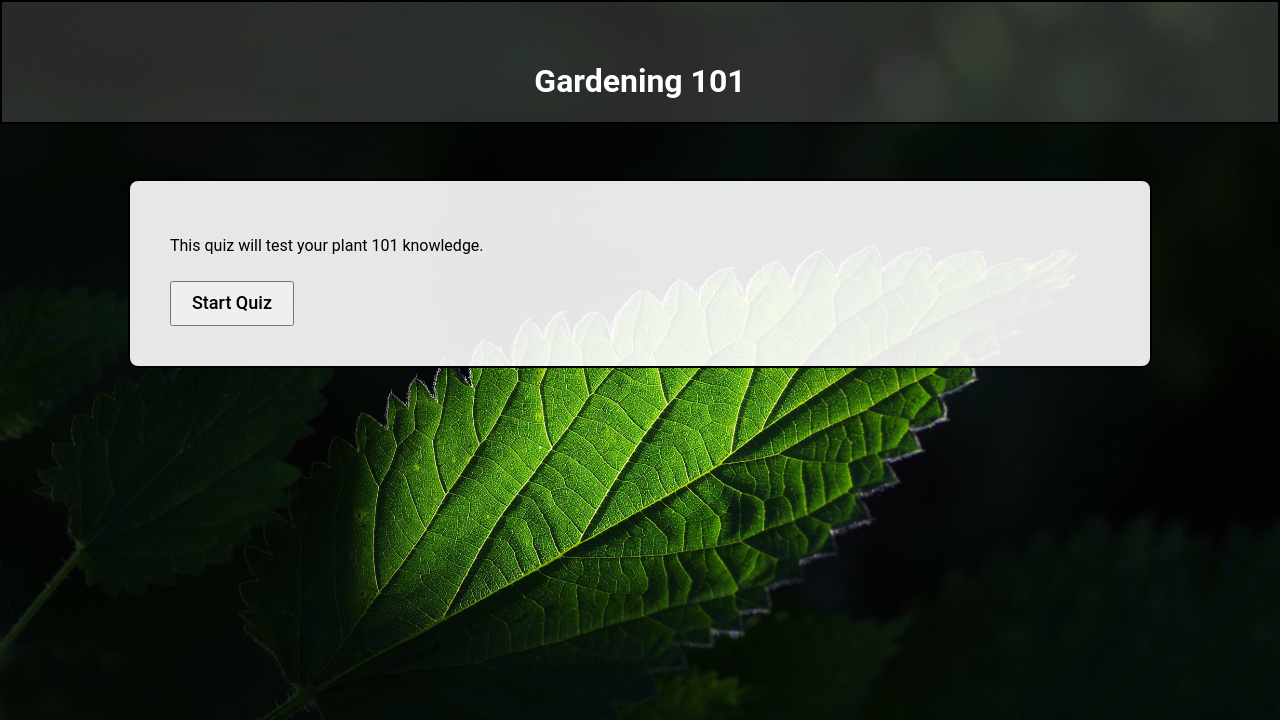
Repository: kaitlynMidori/gardening101
Page: index.html
The author's editor kept a copy of each file at every save. The page is drawn from the files as they stood at one save, then again after the next save.
The browser window is 1280 px wide. The pictures show the whole page.

Above is the page before, as saved 2021-06-10 13:41:54.

### index.html
<!DOCTYPE html>
<html lang="en">

<head>
    <meta charset="UTF-8">
    <meta name="viewport" content="width=device-width, initial-scale=1.0">
    <meta http-equiv="X-UA-Compatible" content="ie=edge">
    <title>Quiz App</title>
    <link href="https://cdnjs.cloudflare.com/ajax/libs/normalize/8.0.1/normalize.min.css" rel="stylesheet" type="text/css" />
    <link href="app.css" rel="stylesheet" type="text/css" />

</head>

<body>
    <header>
        <h1>Gardening 101</h1>
    </header>
    <main></main>
    <script src="https://code.jquery.com/jquery-3.4.1.slim.js" crossorigin="anonymous"></script>
    <script src="app.js"></script>
</body>

</html>

### app.css
/* Your styles should be mobile-first and responsive */


/**
  * If you are unclear on how to utilize a mobile-first, responsive technique to write your CSS, here is an example:
  *
  * https://github.com/andreacardybailey/responsive_example/blob/master/styles/responsive-base.css
  *
*/

* {
    box-sizing: border-box;
}


body {

    font-family: "Roboto", sans-serif;
    color: black;
    margin: 0;
    background: cover;
    background-image: url("screenshots/leaf.jpg");
    background-repeat: repeat;
    background-size: cover;
    background-color: black;
}

header {
    border: 2px solid black;
    background: rgba(255, 255, 255, 0.15);
    padding: 40px 0 0 0;
    color: white;
}

h1 {
    text-align: center;
}

.question-and-score {
    border: 2px solid black;
    background: rgba(255, 255, 255, 0.15);
    font-size: 30px;
    font-weight: 600px;
    color: white;
    text-align: center;
    list-style: none;
}

button{
    margin-top: 10px;
    height: auto;
    font-size: 18px;
    font-weight: 500;
    text-align: center;
    color: black;
    cursor: pointer;
    margin-bottom: 0;
    /* border-radius: 3px; */
    padding: 10px 20px;
}

.start-screen,
fieldset {
    border: 2px solid black;
    width: 80%;
    padding: 40px;
    margin: 55px auto 0 auto;
    background: rgba(255, 255, 255, 0.9);
    border-radius: 10px;
}

legend {
    font-weight: 700;
    font-size: 18px;
}

.question-form .question {
    margin-bottom: 20px;
    padding: 0 2%;
    font-size: 20px;
    font-weight: 600px;
}

.options ul {
    list-style: none;
    margin: 0;
    text-align: left;
}

label {
    font-size: 18px;
}

.options span {
    display: block;
    border-radius: 5px;
}

.right-answer {
    background: ivory;
    padding: 10px 20px;
    margin: 5px 20px;
    border: 2px solid greenyellow;
}

.wrong-answer {
    background: ivory;
    padding: 10px;
    margin: 5px 20px;
    border: 2px solid #fe0000;
}

.question-form button {
    border: 2px solid black;
    float: right;
}

button:hover:enabled,
button:focus:enabled {
    background-color: rgb(165, 241, 165);
    -webkit-transition: background 0.1s;
    -moz-transition: background 0.1s;
    -o-transition: background 0.1s;
    transition: background 0.1s;
}

button:disabled {
    opacity: 0.5;
}

#next-question-btn {
    display: none;
}

### app.js
/**
 * Example store structure
 */
// const store = {
// 5 or more questions are required
//     questions: [{
//             question: 'What color is broccoli?',
//             answers: [
//                 'red',
//                 'orange',
//                 'pink',
//                 'green'
//             ],
//             correctAnswer: 'green'
//         },
//         {
//             question: 'What is the current year?',
//             answers: [
//                 '1970',
//                 '2015',
//                 '2019',
//                 '2005'
//             ],
//             correctAnswer: '2019'
//         }
//     ],
//     quizStarted: false,
//     questionNumber: 0,
//     score: 0
// };

const STORE = {
    questions: [ //1
        {
            question: 'Which of the following is a health benefit from gardening?',
            answers: [
                'Reduces Stress & improves mood',
                'Reduces risk of dementia',
                'Improves heart health and reduces risk of stroke',
                'All of the above'
            ],
            correctAnswer: 'All of the above'
        },
        //2
        {
            question: 'Which of the following are indoor plants?',
            answers: [
                'Fiddle Leaf Fig',
                'Dragon Tree',
                'Rubber Plant',
                'All of the above'
            ],
            correctAnswer: 'All of the above'
        },
        //3
        {
            question: 'What are the most common ways to kill a plant?',
            answers: [
                'Overwatering',
                'Underwatering',
                'Incorrect sun exposure',
                'All of the above'
            ],
            correctAnswer: 'All of the above'
        },
        //4
        {
            question: 'What are some ways to keep your plants happy?',
            answers: ['Provide correct watering needs', 'Keep free of dust', 'Fertilize it', 'All of the above'],
            correctAnswer: 'All of the above'
        },
        //5
        {
            question: 'What are signs of an unhappy plant?',
            answers: [
                'Wilted leaves',
                'Yellowing/browning leaves',
                ' Bugs or fungal growth',
                'All of the above'
            ],
            correctAnswer: 'All of the above'
        }
    ],
    quizStarted: false,
    currentQuestion: 0,
    score: 0
};
/**
 *
 * Technical requirements:
 *
 * Your app should include a render() function, that regenerates the view each time the store is updated.
 * See your course material and access support for more details.
 *
 * NO additional HTML elements should be added to the index.html file.
 *
 * You may add attributes (classes, ids, etc) to the existing HTML elements, or link stylesheets or additional scripts if necessary
 *
 * SEE BELOW FOR THE CATEGORIES OF THE TYPES OF FUNCTIONS YOU WILL BE CREATING 👇
 *
 */

/********** TEMPLATE GENERATION FUNCTIONS **********/

// These functions return HTML templates

/********** RENDER FUNCTION(S) **********/

// This function conditionally replaces the contents of the <main> tag based on the state of the store

/********** EVENT HANDLER FUNCTIONS **********/

// These functions handle events (submit, click, etc)

/**
 * Generates HTML for the start screen
 */
function generateStartScreenHtml() {
    return `
    <div class="start-screen">
      <p>This quiz will test your plant 101 knowledge.</p>
      <button type="button" id="start">Start Quiz</button>
    </div>
  `;
}

/**
 * Generates the HTML for the section of the app
 * that displays the question number and the score
 */
function generateQuestionNumberAndScoreHtml() {
    return `
    <ul class="question-and-score">
      <li id="question-number">
        Question Number: ${STORE.currentQuestion + 1}/${STORE.questions.length}
      </li>
      <li id="score">
        Score: ${STORE.score}/${STORE.questions.length}
      </li>
    </ul>
  `;
}
/**
 * Generates the list of possible answers for
 * one question
 */
function generateAnswersHtml() {
    const answersArray = STORE.questions[STORE.currentQuestion].answers
    let answersHtml = '';
    let i = 0;

    answersArray.forEach(answer => {
        answersHtml += `
      <div id="option-container-${i}">
        <input type="radio" name="options" id="option${i + 1}" value= "${answer}" tabindex ="${i + 1}" required>
        <label for="option${i + 1}"> ${answer}</label>
      </div>
    `;
        i++;
    });
    return answersHtml;
}
/**
 * Generates the HTML to display one question
 */
function generateQuestionHtml() {
    let currentQuestion = STORE.questions[STORE.currentQuestion];
    return `
    <form id="question-form" class="question-form">
      <fieldset>
        <div class="question">
          <legend> ${currentQuestion.question}</legend>
        </div>
        <div class="options">
          <div class="answers">
            ${generateAnswersHtml()}
          </div>
        </div>
        <button type="submit" id="submit-answer-btn" tabindex="5">Submit</button>
        <button type="button" id="next-question-btn" tabindex="6"> Next &gt;></button>
      </fieldset>
    </form >
  `;
}

/**
 * Generates the HTML for the results screen
 */
function generateResultsScreen() {
    return `
    <div class="results">
      <form id="js-restart-quiz">
        <fieldset>
          <div class="row">
            <div class="col-12">
              <legend>Your Score is: ${STORE.score}/${STORE.questions.length}</legend>
            </div>
          </div>

          <div class="row">
            <div class="col-12">
              <button type="button" id="restart"> Restart Quiz </button>
            </div>
          </div>
        </fieldset>
    </form>
    </div>
  `;
}

/**
 * @param {string} answerStatus - 'correct' / 'incorrect'
 * @returns {string} - HTML providing the user with feedback
 * regarding whether their answer was correct or incorrect.
 */
function generateFeedbackHTML(answerStatus) {
    let correctAnswer = STORE.questions[STORE.currentQuestion].correctAnswer;
    let html = '';
    if (answerStatus === 'correct') {
        html = `
    <div class="right-answer">That is correct!</div>
    `;
    } else if (answerStatus === 'incorrect') {
        html = `
      <div class="wrong-answer">That is incorrect. The correct answer is ${correctAnswer}.</div>
    `;
    }
    return html;
}

/********** RENDER FUNCTION **********/

/**
 * All-purpose render function that will conditionally
 * render the page based upon the state of the STORE.
 */
function render() {
    let html = '';

    if (STORE.quizStarted === false) {
        $('main').html(generateStartScreenHtml());
        return;
    } else if (STORE.currentQuestion >= 0 && STORE.currentQuestion < STORE.questions.length) {
        html = generateQuestionNumberAndScoreHtml();
        html += generateQuestionHtml();
        $('main').html(html);
    } else {
        $('main').html(generateResultsScreen());
    }
}

/********** EVENT HANDLER FUNCTIONS **********/

/**
 * Handles a click of the quiz's start button
 */
function handleStartClick() {
    $('main').on('click', '#start', function(event) {
        STORE.quizStarted = true;
        render();
    });
}

/**
 * Handles the click of the "next" button
 */
function handleNextQuestionClick() {
    $('body').on('click', '#next-question-btn', (event) => {
        render();
    });
}

/**
 * Handles the submission of the question form
 */
function handleQuestionFormSubmission() {
    $('body').on('submit', '#question-form', function(event) {
        event.preventDefault();
        const currentQuestion = STORE.questions[STORE.currentQuestion];

        // get value from checkbox checked by user
        let selectedOption = $('input[name=options]:checked').val();
        /**
         * Creates an id '#option-container' + the index of
         * the current question in the answers array.
         *
         * Example: #option-container-0
         */
        let optionContainerId = `#option-container-${currentQuestion.answers.findIndex(i => i === selectedOption)}`;

        if (selectedOption === currentQuestion.correctAnswer) {
            STORE.score++;
            $(optionContainerId).append(generateFeedbackHTML('correct'));
        } else {
            $(optionContainerId).append(generateFeedbackHTML('incorrect'));
        }
        STORE.currentQuestion++;
        // hide the submit button
        $('#submit-answer-btn').hide();
        // disable all inputs
        $('input[type=radio]').each(() => {
            $('input[type=radio]').attr('disabled', true);
        });
        // show the next button
        $('#next-question-btn').show();

    });
}
/**
 * Resets all values to prepare to restart quiz
 */
function restartQuiz() {
    STORE.quizStarted = false;
    STORE.currentQuestion = 0;
    STORE.score = 0;
}

function handleRestartButtonClick() {
    $('body').on('click', '#restart', () => {
        restartQuiz();
        render();
    });
}

function handleQuizApp() {
    render();
    handleStartClick();
    handleNextQuestionClick();
    handleQuestionFormSubmission();
    handleRestartButtonClick();
}

$(handleQuizApp);

After the next save:
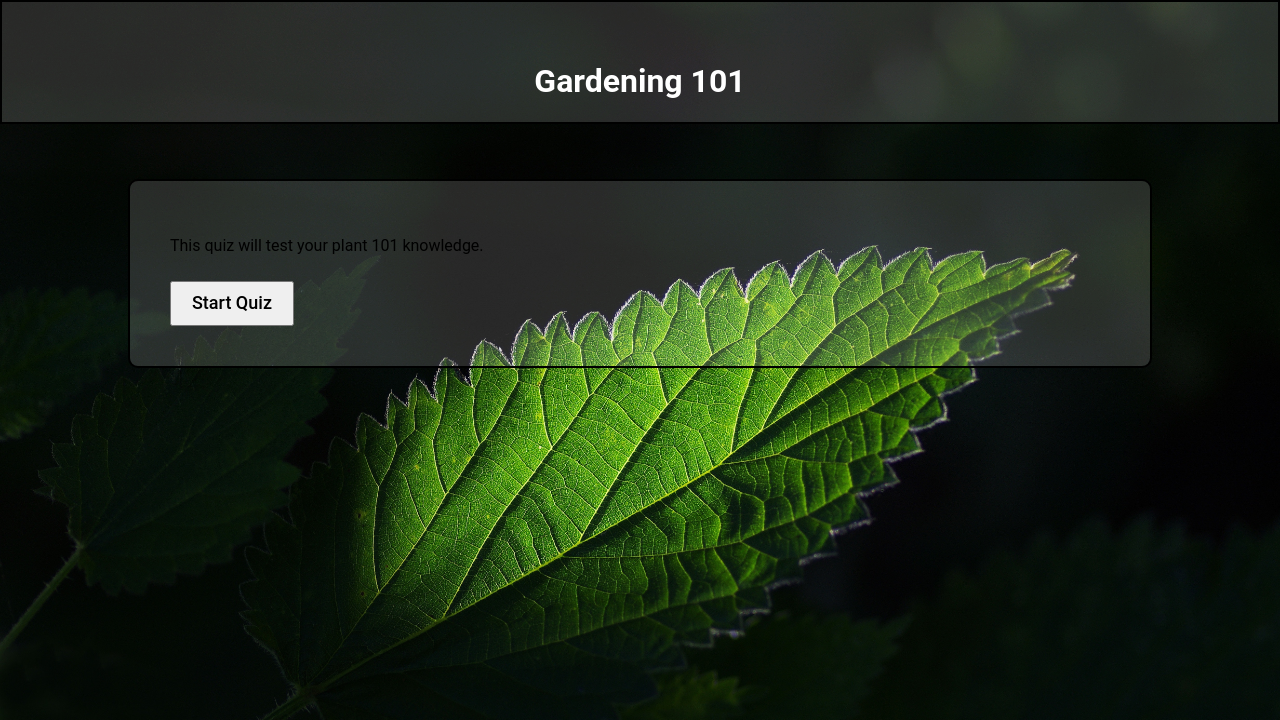
Saved 29 s later.
--- a/app.css
+++ b/app.css
@@ -65,7 +65,7 @@ fieldset {
     width: 80%;
     padding: 40px;
     margin: 55px auto 0 auto;
-    background: rgba(255, 255, 255, 0.9);
+    background: rgba(255, 255, 255, 0.15);
     border-radius: 10px;
 }
 
